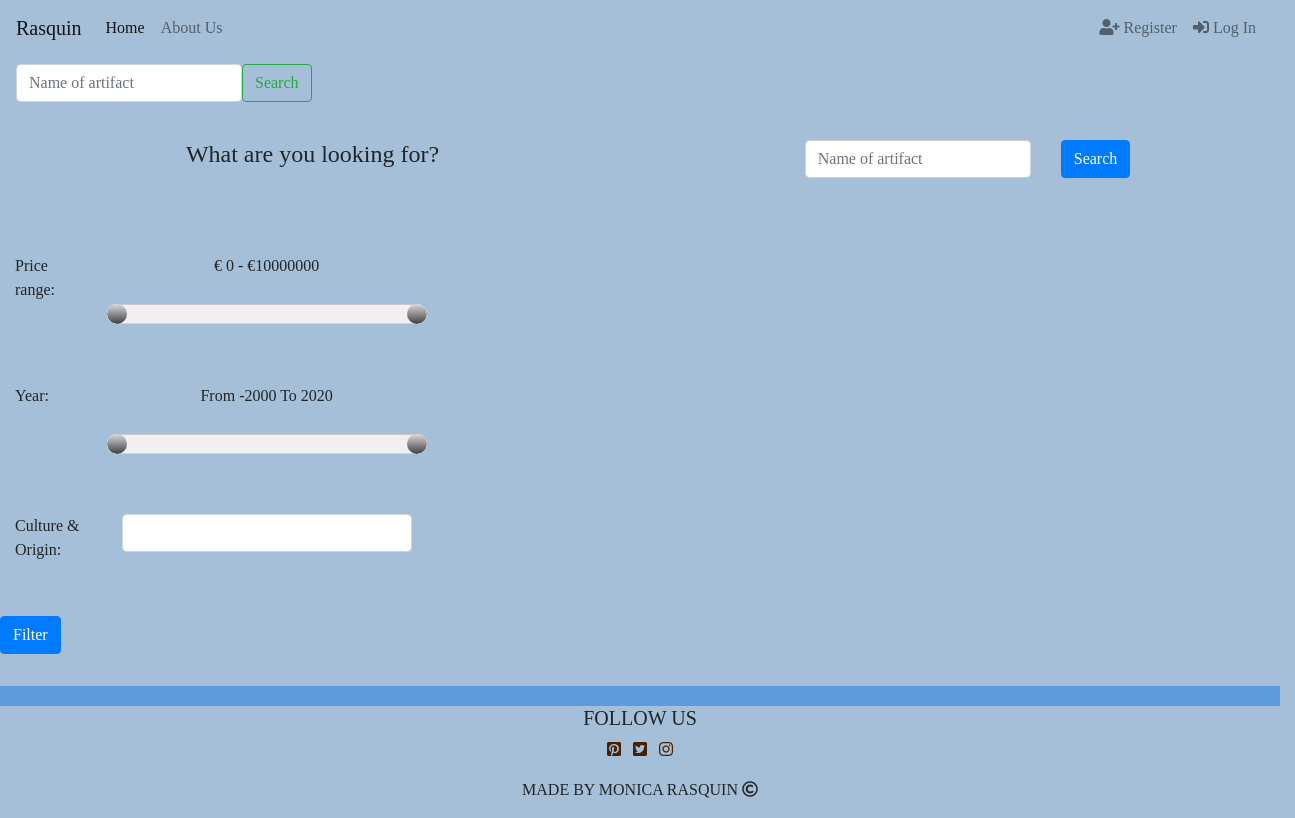
Repository: Rasquin/auction
Page: templates/base.html
The author's editor kept a record of every edit. The page is drawn from the files as they stood at one moment, then again after the next edit.
The browser window is 1280 px wide. The page is 1295 px wide, so the pictures cover 1295 px, including what lies to the right of the window. The pictures show the whole page.
The template is drawn by Django 2.2. The application's start-up code is not run. The template is opened directly, without the code that normally fills it, so the values that code supplies are empty.

Above is the page before.

After the next edit:
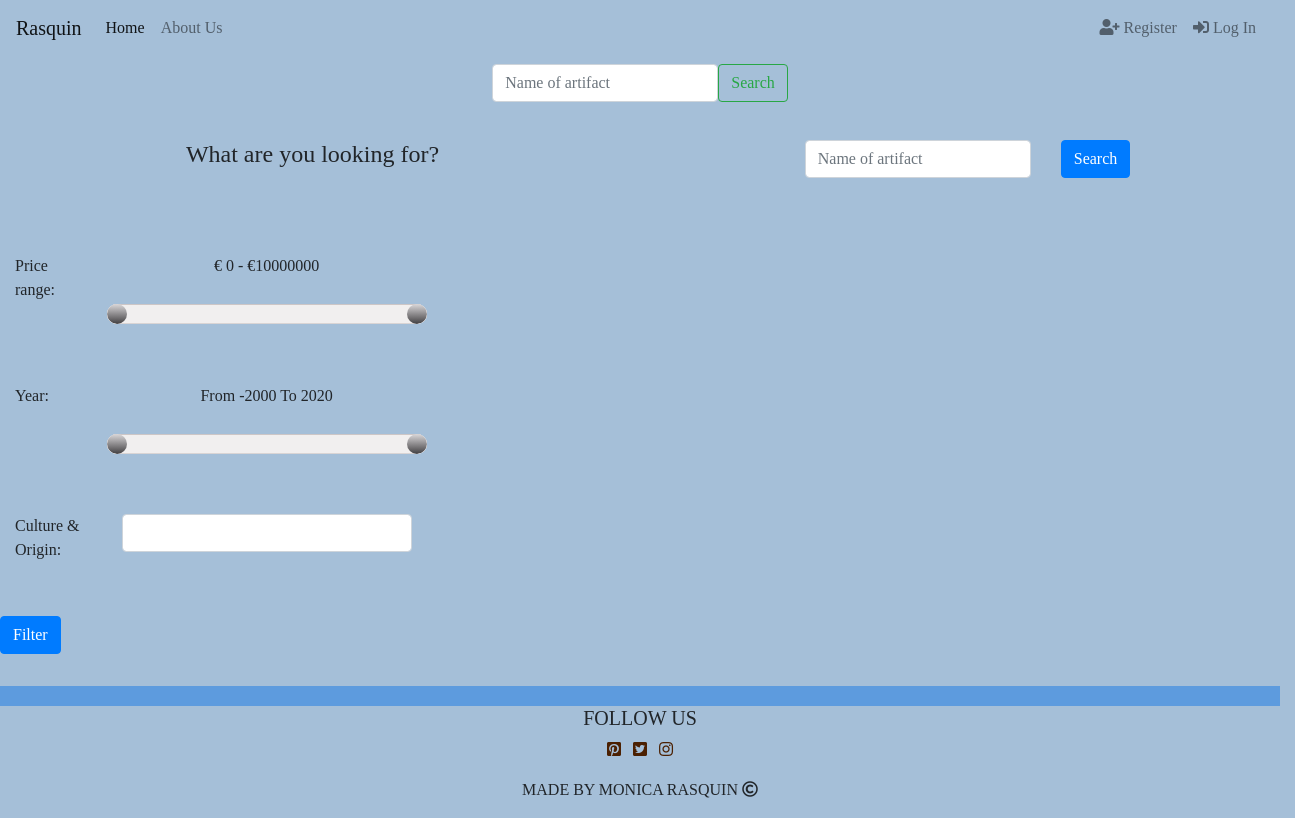
The edit:
--- a/templates/base.html
+++ b/templates/base.html
@@ -75,7 +75,7 @@
 
     <!-- Search & Filter area -->
 
-    <nav class="navbar navbar-light bg-light">
+    <nav class="navbar navbar-light bg-light justify-content-center">
 
         <form action="{% url 'search_by_name' %}" method="get" class="form-inline ">
             {% csrf_token %}
